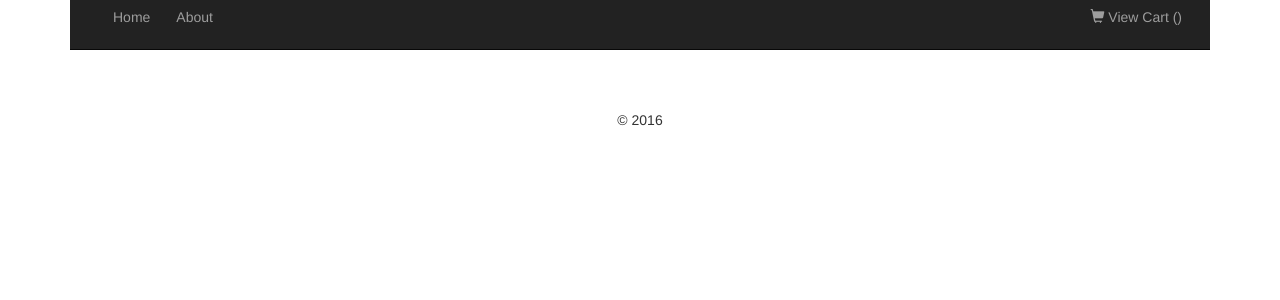
Repository: iancwwong/DigitalBibliographicalLibrary
Page: http://localhost/DigitalBibliographicLibrary/aboutpage.jsp
The author's editor kept a copy of each file at every save. The page is drawn from the files as they stood at one save, then again after the next save.
The browser window is 1280 px wide. The pictures show the whole page.
The page is served by Tomcat 9.

Above is the page before, as saved 2016-08-28 01:27:56.

After the next save:
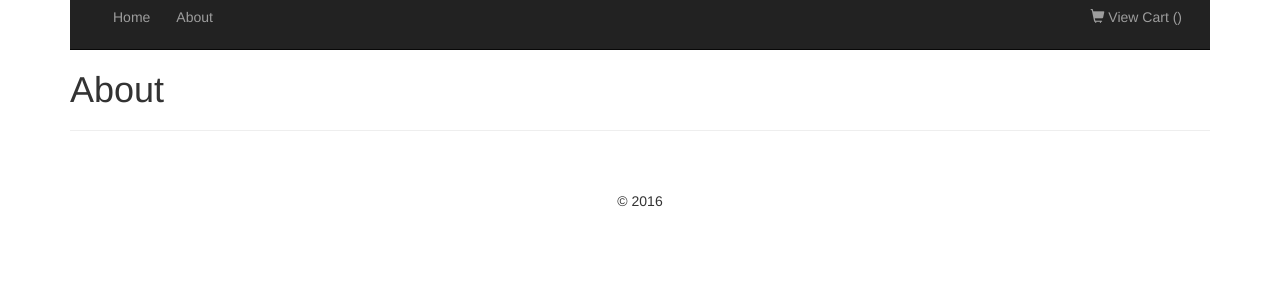
Saved 17 s later.
--- a/DigitalBibliographicLibrary/WebContent/aboutpage.jsp
+++ b/DigitalBibliographicLibrary/WebContent/aboutpage.jsp
@@ -28,6 +28,8 @@
 		<%@ include file="include/navbar.html"%>
 
 		<!-- Page Content -->
+		<h1>About</h1>
+		<hr/>
 
 		<!-- Footer -->
 		<%@ include file="include/footer.html"%>
